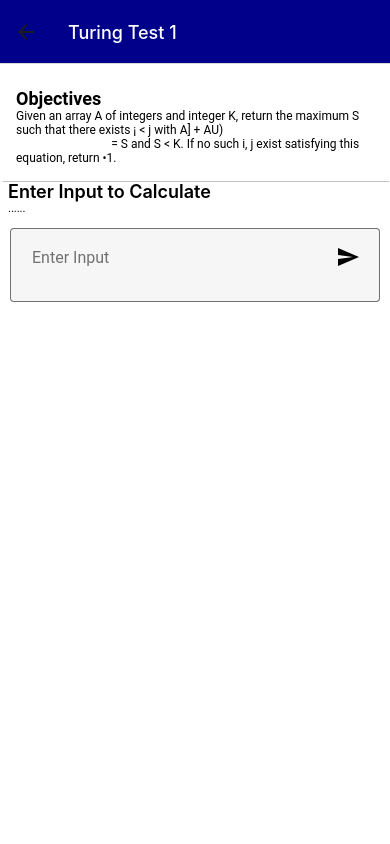
Repository: seyicoded/rn-crazy-algorithm-app
Screen: /TuringTest1
The author's editor kept a copy of each file at every save. The screen is drawn from the files as they stood at one save, then again after the next save.
The app was drawn by React Native's web renderer in a window 390 px wide. The project was rebuilt for these pictures with package versions that can differ from the ones it lists, and the page was loaded fresh each time. Also part of the build but not shown: src/screens/sort.js, src/screens/filter.js, src/screens/advance.js, src/screens/sorts/Sort_simple_number.js, src/screens/sorts/Sort_alphabet.js, src/screens/filters/Filter_simple_number.js, src/screens/advance/Advance_number.js, src/screens/advance/Multiplier_number.js.

Above is the screen before, as saved 2022-04-01 23:10:12.

After the next save:
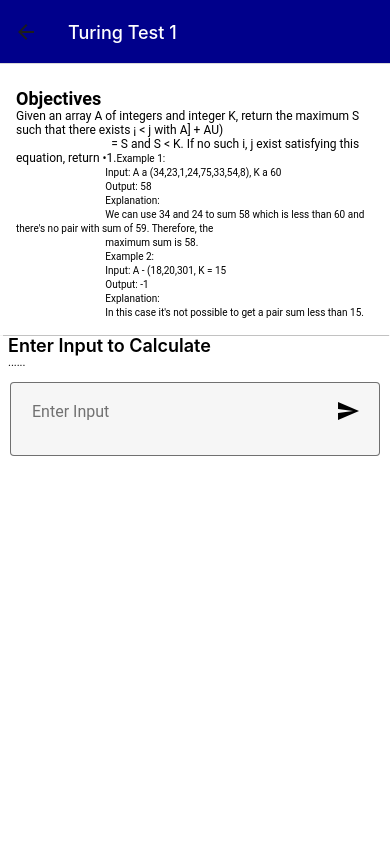
Saved 10 min 25 s later.
--- a/src/screens/advance/TuringTest1.js
+++ b/src/screens/advance/TuringTest1.js
@@ -76,6 +76,20 @@ export default function TuringTest1() {
                         <Text style={{fontSize: 12}}>
                             {`Given an array A of integers and integer K, return the maximum S such that there exists ¡ < j with A] + AU)
                                 = S and S < K. If no such i, j exist satisfying this equation, return •1.`}
+
+                            <Text style={{fontSize: 10}}>
+                                {`Example 1:
+                                    Input: A a (34,23,1,24,75,33,54,8), K a 60
+                                    Output: 58
+                                    Explanation:
+                                    We can use 34 and 24 to sum 58 which is less than 60 and there's no pair with sum of 59. Therefore, the
+                                    maximum sum is 58.
+                                    Example 2:
+                                    Input: A - (18,20,301, K = 15
+                                    Output: -1
+                                    Explanation:
+                                    In this case it's not possible to get a pair sum less than 15.`}
+                            </Text>
                         </Text>
                     </View>
             </Banner>
